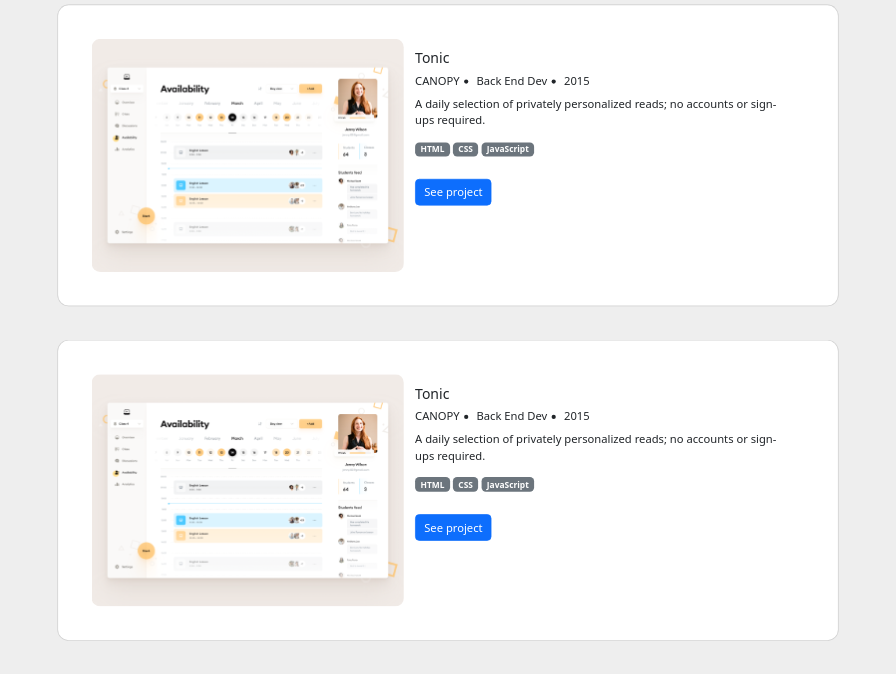
Repository: waelelsafty07/Bootstrap-Portfolio
Page: index.html
These files come from the project's save history. The page is drawn as it stood at one moment and after the next save; the edit follows.
The browser window is 1280 px wide. The pictures show the part of the page from y = 762 to 2682 px (the page is 1725 px tall before and 2682 px after), at 70% of full size.

Above is the page before, as saved 2023-04-04 17:15:21.

After the next save:
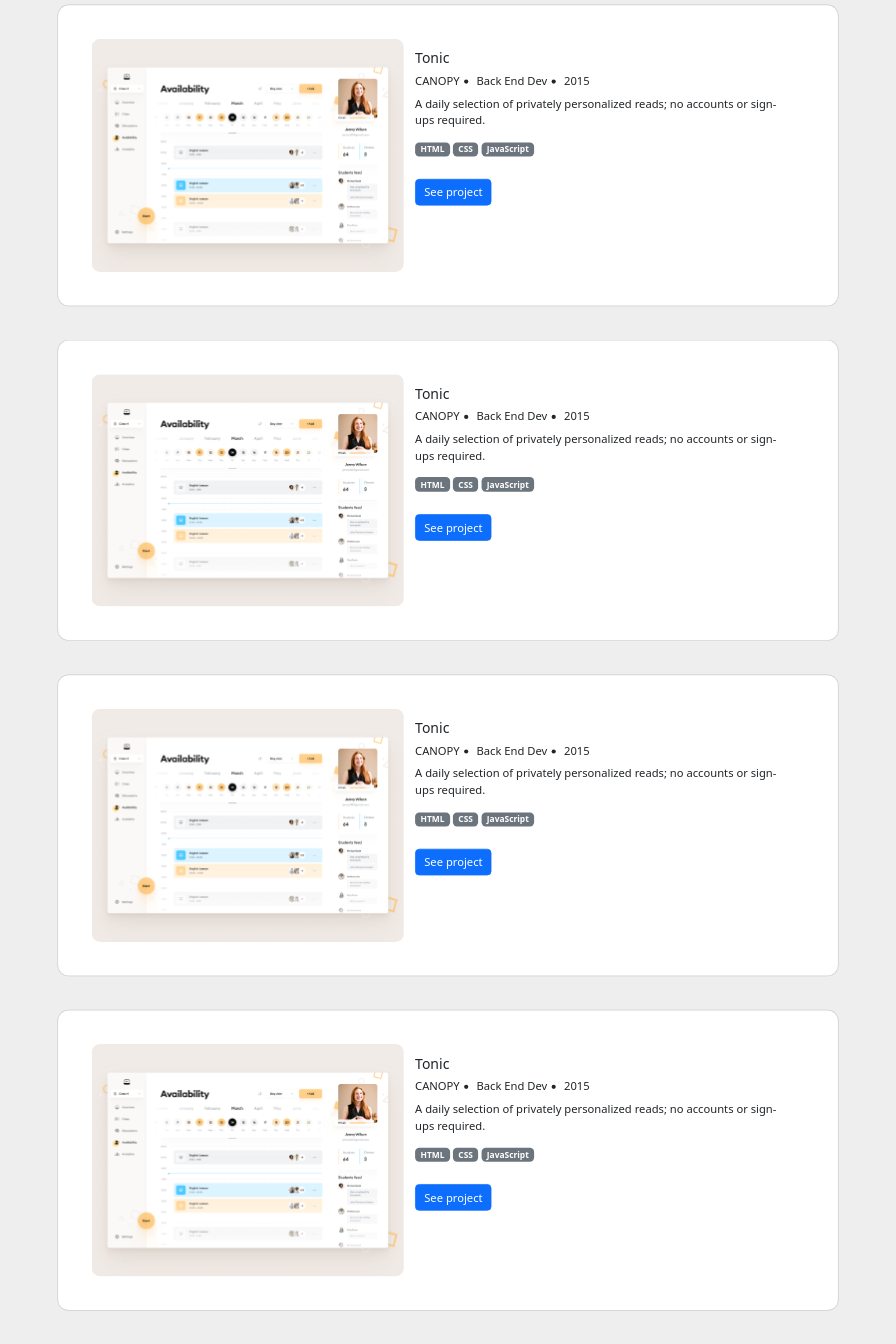
Saved 27 s later.
--- a/index.html
+++ b/index.html
@@ -72,6 +72,42 @@
               <a href="#" class="btn btn-primary mt-3">See project</a>
             </div>
           </div>
+          <div class="card flex-row p-5 rounded-4 mt-5">
+            <img src="images/Snapshoot Portfolio (1).svg" class="card-img-top w-50" alt="...">
+            <div class="card-body">
+              <h5 class="card-title mb-2">Tonic</h5>
+              <ul class="d-flex p-0 my-2">
+                <li class="list-unstyled">CANOPY</li>
+                <li class="ms-4">Back End Dev</li>
+                <li class="ms-4">2015</li>
+              </ul>
+              <p class="card-text my-2">A daily selection of privately personalized reads; no accounts or sign-ups required.</p>
+              <ul class="list-unstyled my-3">
+                <li class="badge bg-secondary">HTML</li>
+                <li class="badge bg-secondary">CSS</li>
+                <li class="badge bg-secondary">JavaScript</li>
+              </ul>
+              <a href="#" class="btn btn-primary mt-3">See project</a>
+            </div>
+          </div>
+          <div class="card flex-row p-5 rounded-4 mt-5">
+            <img src="images/Snapshoot Portfolio (1).svg" class="card-img-top w-50" alt="...">
+            <div class="card-body">
+              <h5 class="card-title mb-2">Tonic</h5>
+              <ul class="d-flex p-0 my-2">
+                <li class="list-unstyled">CANOPY</li>
+                <li class="ms-4">Back End Dev</li>
+                <li class="ms-4">2015</li>
+              </ul>
+              <p class="card-text my-2">A daily selection of privately personalized reads; no accounts or sign-ups required.</p>
+              <ul class="list-unstyled my-3">
+                <li class="badge bg-secondary">HTML</li>
+                <li class="badge bg-secondary">CSS</li>
+                <li class="badge bg-secondary">JavaScript</li>
+              </ul>
+              <a href="#" class="btn btn-primary mt-3">See project</a>
+            </div>
+          </div>
         </div>
 
       </section>
